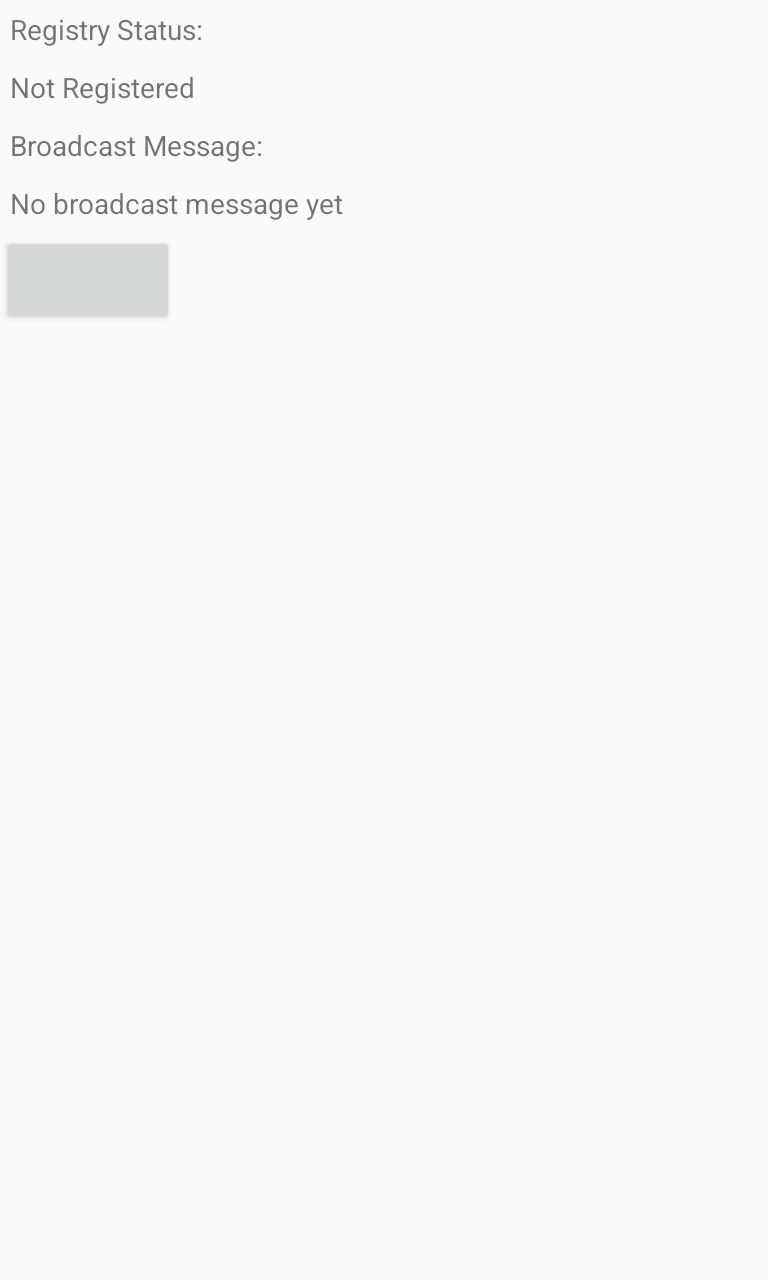
Repository: AlanTai/prjAppIntegration
Layout: prjCandyHouse/res/layout/activity_main.xml
The author's editor kept a copy of each file at every save. The layout is drawn from the files as they stood at one save, then again after the next save.
It is drawn on a 768 x 1280 px phone screen (xhdpi) without system bars, with theme AppTheme; the app's code is not run.

Above is the layout before, as saved 2014-11-07 05:23:54.

### prjCandyHouse/res/layout/activity_main.xml
<LinearLayout
    xmlns:android="http://schemas.android.com/apk/res/android"
    xmlns:tools="http://schemas.android.com/tools"
    android:layout_width="match_parent"
    android:layout_height="match_parent"
    android:orientation="vertical">

    <TextView
        android:id="@+id/tvRegStatus"
        android:layout_width="match_parent"
        android:layout_height="wrap_content"
        android:padding="5dp"
        android:text="@string/registryStatus" />

    <TextView
        android:id="@+id/tvRegStatusResult"
        android:layout_width="match_parent"
        android:layout_height="wrap_content"
        android:padding="5dp"
        android:text="@string/registryStatusResult"/>

    <TextView
        android:id="@+id/tvMessageLabel"
        android:layout_width="match_parent"
        android:layout_height="wrap_content"
        android:padding="5dp"
        android:text="@string/broadcastLabel"/>

    <TextView
        android:id="@+id/tvMessage"
        android:layout_width="match_parent"
        android:layout_height="wrap_content"
        android:padding="5dp"
        android:text="@string/broadcastResult"/>

    <Button
        android:id="@+id/btnSubmitRegId"
        android:layout_width="wrap_content"
        android:layout_height="wrap_content"
        android:text="@string/btnSubmitRegId"/>

</LinearLayout>

### prjCandyHouse/res/values/strings.xml
<?xml version="1.0" encoding="utf-8"?>
<resources>

    <string name="app_name">appCandyHouse</string>
    <string name="hello_world">Hello world!</string>
    <string name="action_settings">Settings</string>

    <string name="registryStatus">Registry Status:</string>
    <string name="registryStatusResult">Not Registered</string>
    <string name="broadcastLabel">Broadcast Message:</string>
    <string name="broadcastResult">No broadcast message yet</string>
    <string name="btnSubmitRegId"></string>

</resources>

Loaded but not shown: prjCandyHouse/res/values/styles.xml (common file); prjCandyHouse/res/values-v11/styles.xml (common file); prjCandyHouse/res/values-v14/styles.xml (common file)

After the next save:
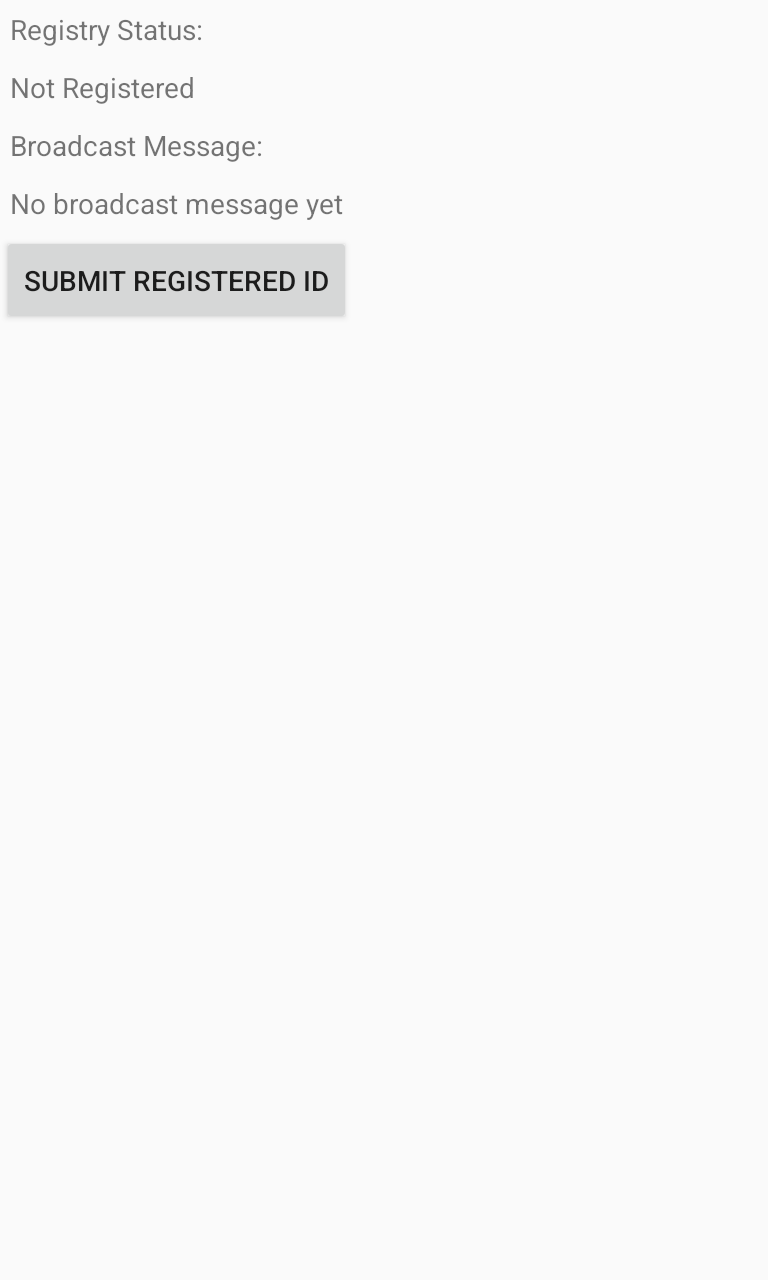
Saved 10 s later.
--- a/prjCandyHouse/res/values/strings.xml
+++ b/prjCandyHouse/res/values/strings.xml
@@ -9,6 +9,6 @@
     <string name="registryStatusResult">Not Registered</string>
     <string name="broadcastLabel">Broadcast Message:</string>
     <string name="broadcastResult">No broadcast message yet</string>
-    <string name="btnSubmitRegId"></string>
+    <string name="btnSubmitRegId">Submit Registered ID</string>
 
 </resources>
